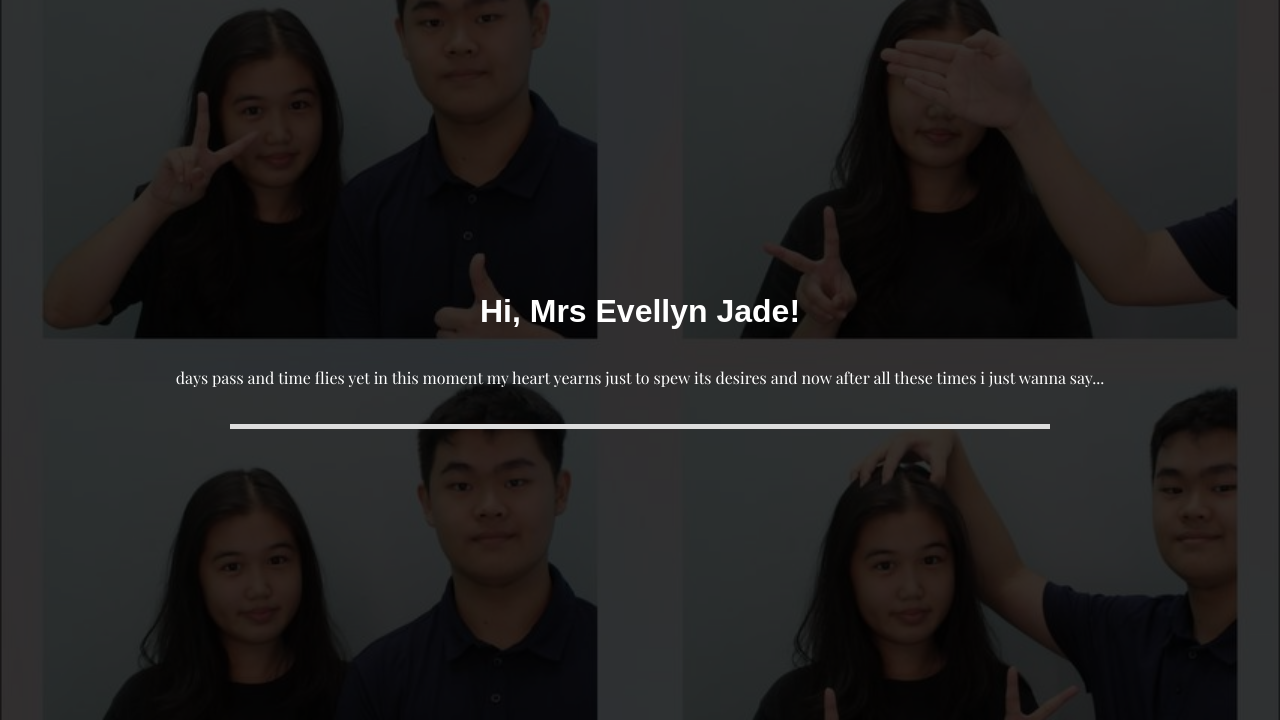
Repository: SnakeXrnt/project-cnf
Page: index.html
An editor plug-in stored every save of this project. The page is shown before and after the next save, followed by the edit.
The browser window is 1280 px wide. The pictures show the whole page.
After loading, the first visible `button.to-grettings2` was clicked once.
Some web fonts or font styles are not loaded; a fallback is used.

Above is the page before, as saved 2024-06-22 14:33:53.

After the next save:
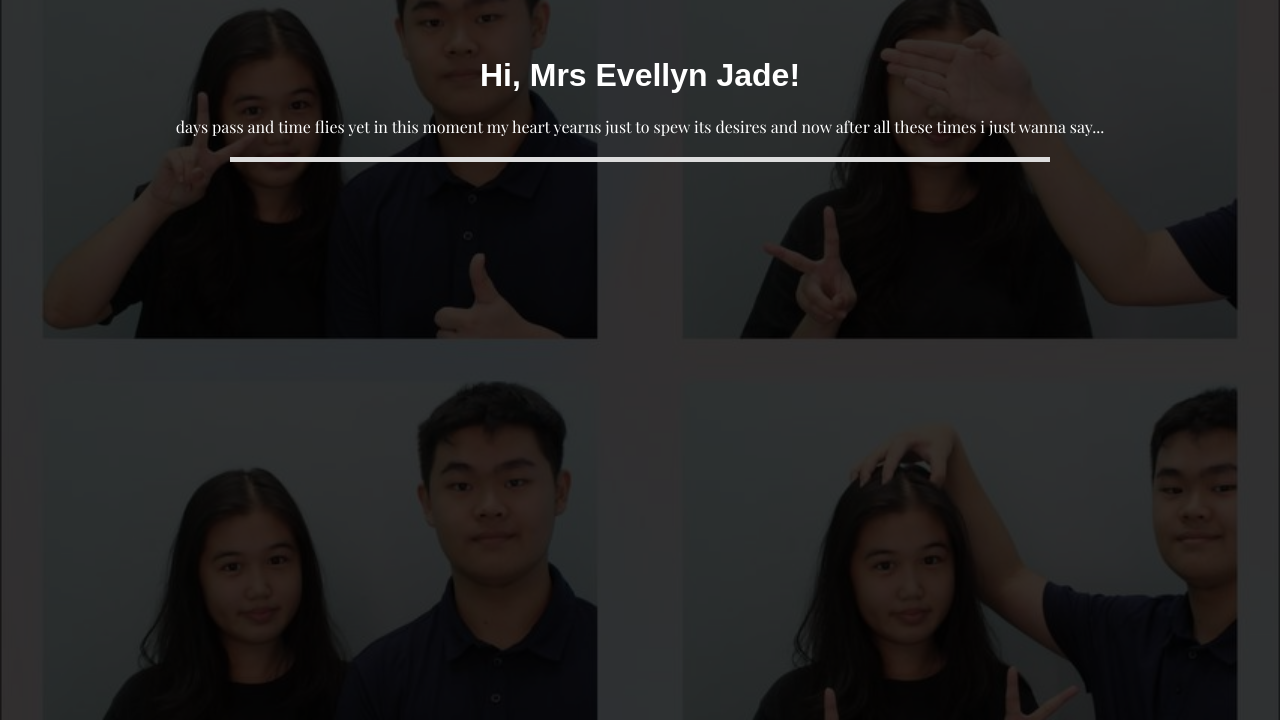
Console error: TypeError: Cannot read properties of null (reading 'style')
Saved 53 s later.
--- a/script.js
+++ b/script.js
@@ -8,7 +8,6 @@
     const lyricDiv = document.querySelector('.lyric1');
     const audio = document.getElementById('background-music');
     const progressBar = document.querySelector('.waiting-bar .progress');
-
 
     const lyrics = [
         "Heart beats fast",
@@ -28,14 +27,17 @@
             lyricLine.classList.add('fade-in');
             lyricDiv.appendChild(lyricLine);
             currentLyricIndex++;
-            setTimeout(showNextLyric, 4000); // Adjust the delay as needed
+            setTimeout(showNextLyric, 2000); // Adjust the delay as needed
         }
     }
 
     toGreetings2Button.addEventListener('click', function() {
         greetings1Div.style.display = 'none';
-        greetings2Div.style.display = 'flex';
+        greetings2Div.style.display = 'block';
         audio.play();
+
+        // Start the loading bar animation
+        progressBar.style.width = '100%';
 
         setTimeout(function() {
             greetings2Div.style.display = 'none';

After the save that followed:
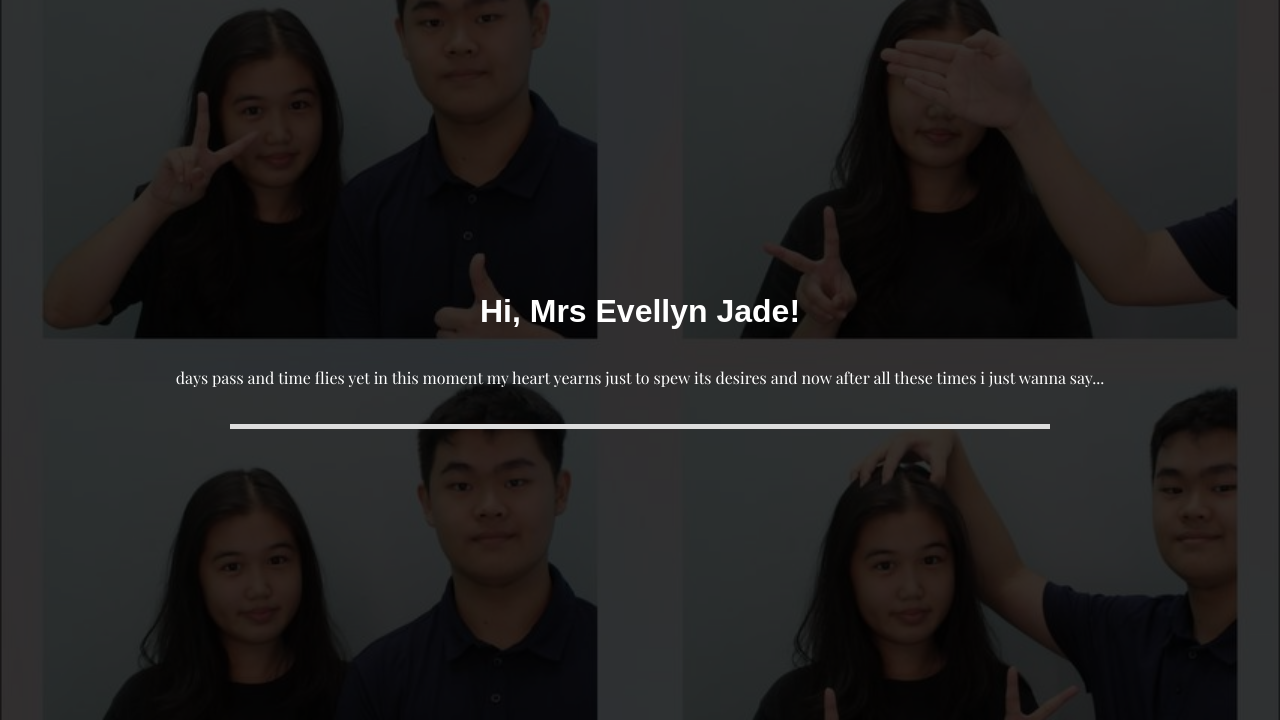
The error is gone.
Saved 15 s later.
--- a/script.js
+++ b/script.js
@@ -8,6 +8,7 @@
     const lyricDiv = document.querySelector('.lyric1');
     const audio = document.getElementById('background-music');
     const progressBar = document.querySelector('.waiting-bar .progress');
+
 
     const lyrics = [
         "Heart beats fast",
@@ -27,17 +28,14 @@
             lyricLine.classList.add('fade-in');
             lyricDiv.appendChild(lyricLine);
             currentLyricIndex++;
-            setTimeout(showNextLyric, 2000); // Adjust the delay as needed
+            setTimeout(showNextLyric, 4000); // Adjust the delay as needed
         }
     }
 
     toGreetings2Button.addEventListener('click', function() {
         greetings1Div.style.display = 'none';
-        greetings2Div.style.display = 'block';
+        greetings2Div.style.display = 'flex';
         audio.play();
-
-        // Start the loading bar animation
-        progressBar.style.width = '100%';
 
         setTimeout(function() {
             greetings2Div.style.display = 'none';
